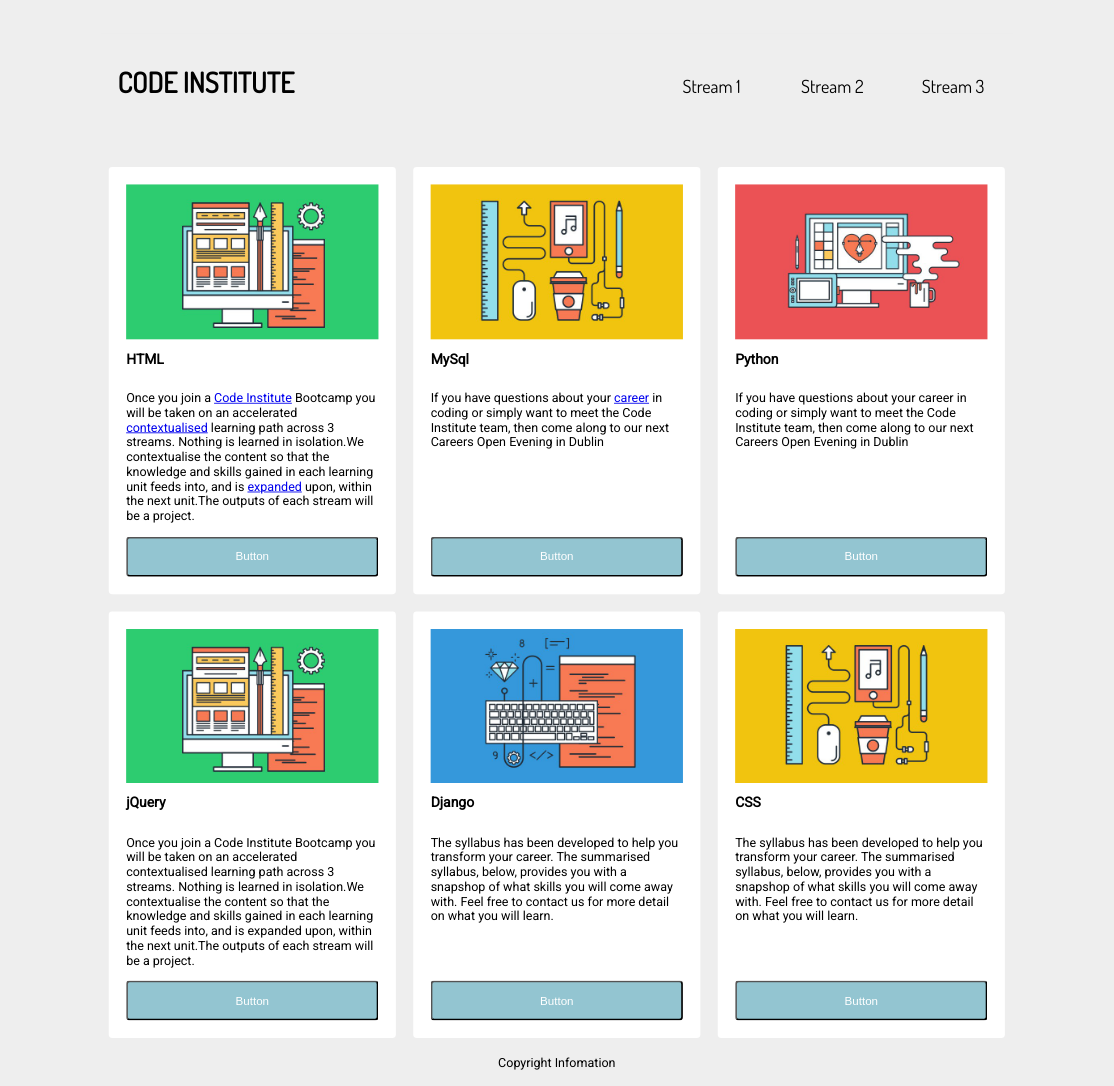
Repository: laurence100795/JQuery-Basics
Page: cards.html
The author's editor kept a record of every edit. The page is drawn from the files as they stood at one moment, then again after the next edit.
The browser window is 1280 px wide. The pictures show the whole page, at 87% of full size.
Some web libraries are served in a nearby version.

Above is the page before.

After the next edit:
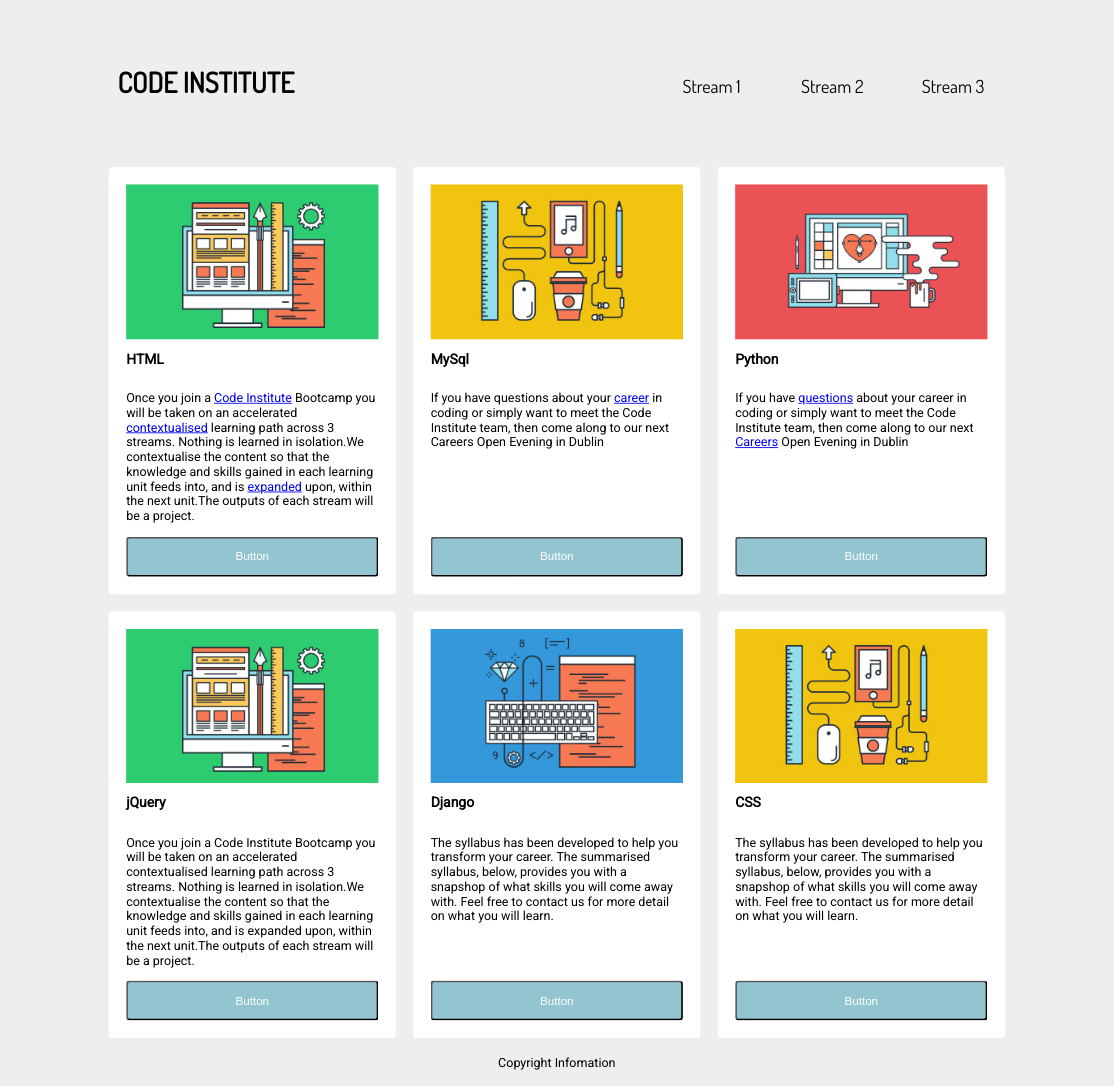
The edit:
--- a/cards.html
+++ b/cards.html
@@ -39,7 +39,7 @@
 		<div class="card stream2-card">
 			<img class="card_image" src="img/2.png" alt="coding icon">
 			<h2 id="hl_python" class="card_head">Python</h2>
-			<p id="third_para" class="card_para">If you have questions about your career in coding or simply want to meet the Code Institute team, then come along to our next Careers Open Evening in Dublin</p>
+			<p id="third_para" class="card_para">If you have <a href="#">questions</a> about your career in coding or simply want to meet the  Code Institute team, then come along to our next <a href="#">Careers</a> Open Evening in Dublin</p>
 			<button id="third_button" class="bottom_button">Button</button>
 		</div>
 		<div class="card stream1-card">
